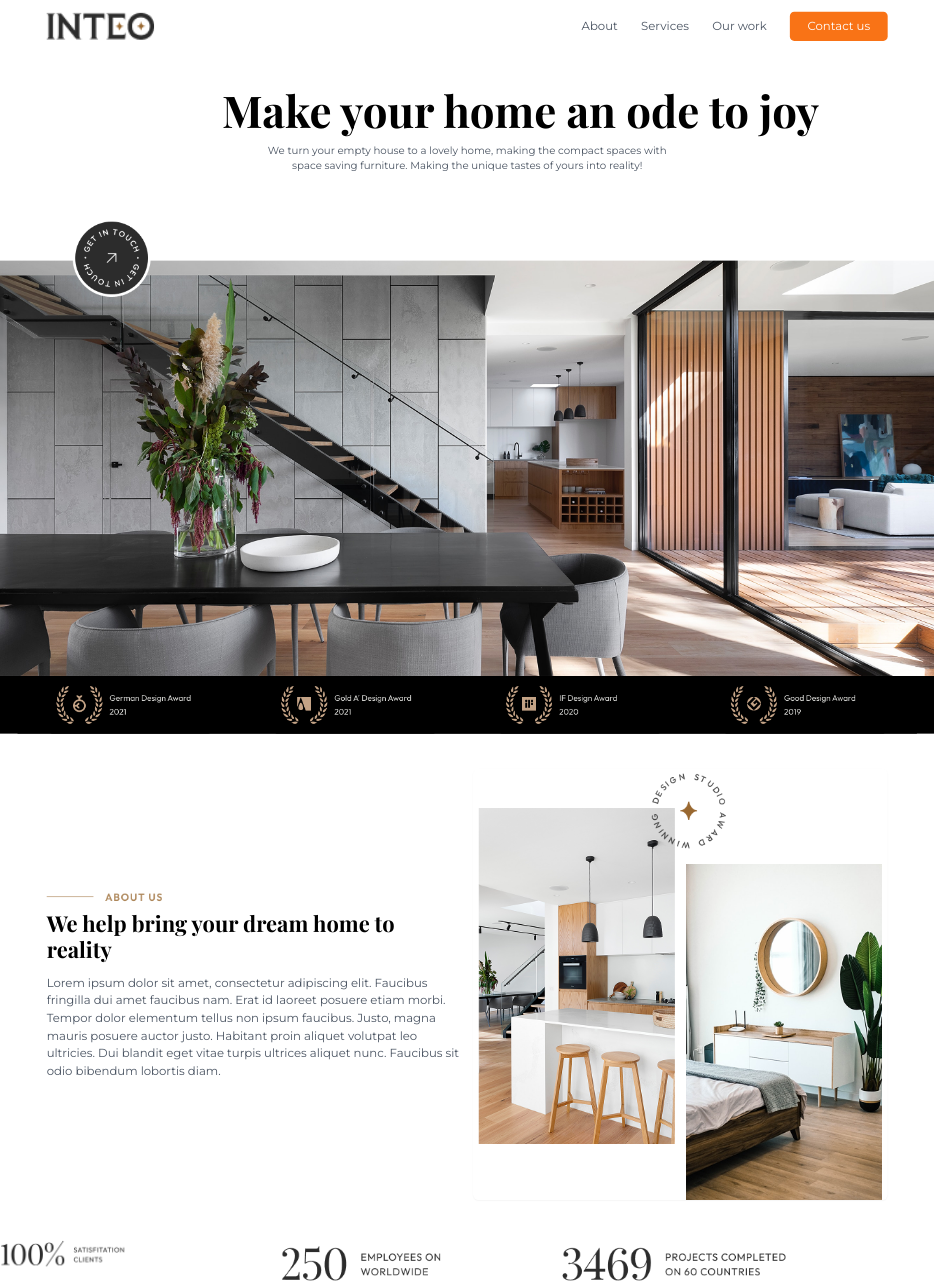
Repository: CatherinneJ/responsive-tailwind-website
Page: tailwind.html
These files come from the project's save history. The page is drawn as it stood at one moment and after the next save; the edit follows.
The browser window is 1280 px wide. The pictures show the whole page, at 73% of full size.
Some web libraries are served in a nearby version.

Above is the page before, as saved 2025-05-21 19:45:29.

After the next save:
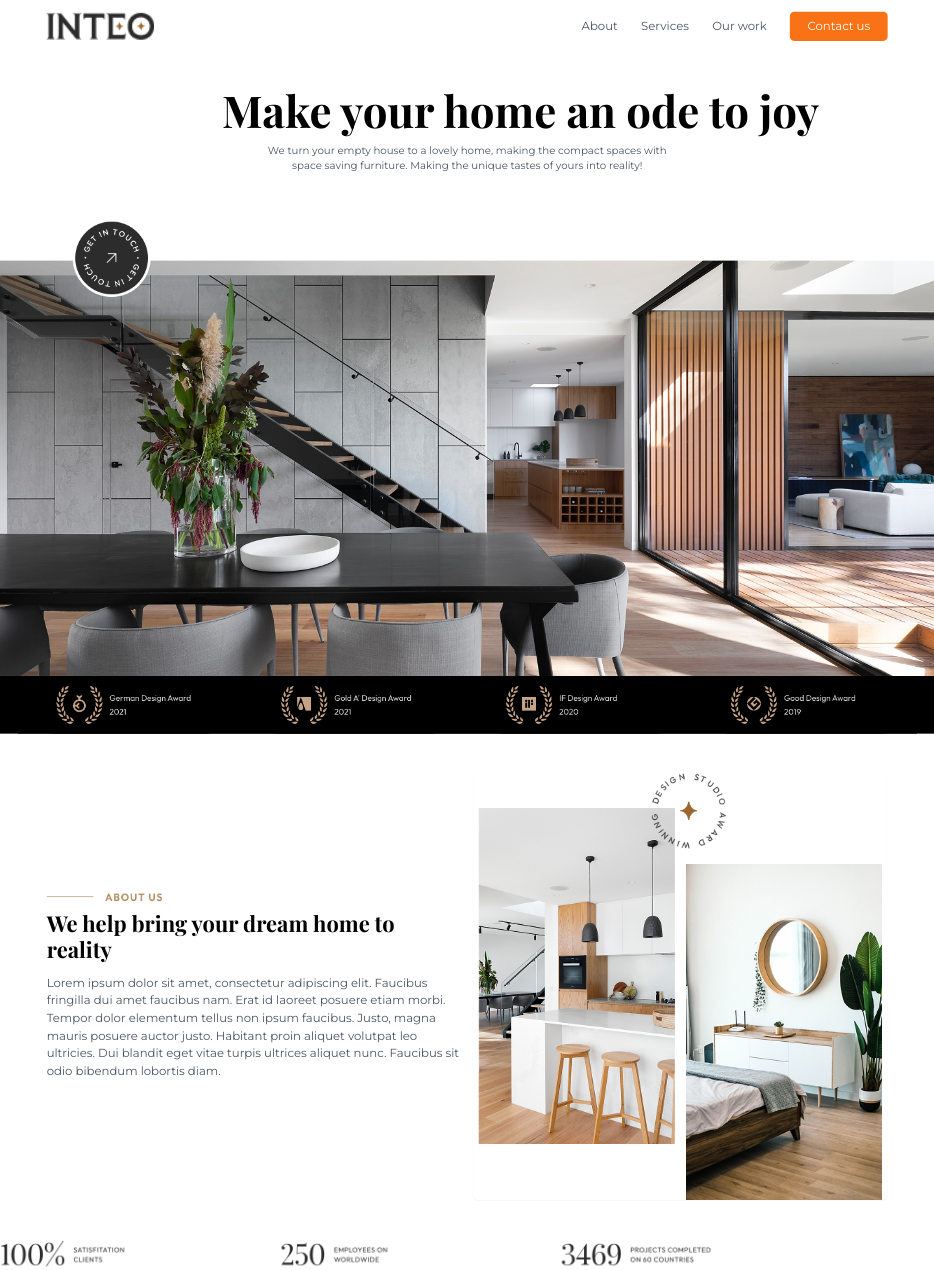
Saved 17 s later.
--- a/tailwind.html
+++ b/tailwind.html
@@ -89,8 +89,8 @@
         <h3>
             <ul class="flex flex-wrap">
                 <li><img src="./Assets/Metric Item.png" class="w-2/3" alt="metric1"></li>
-                <li><img src="./Assets/Metric Item (1).png" alt="metric2"></li>
-                <li><img src="./Assets/Metric Item (2).png" alt="metric3"></li>
+                <li><img src="./Assets/Metric Item (1).png" class="w-2/3" alt="metric2"></li>
+                <li><img src="./Assets/Metric Item (2).png" class="w-2/3" alt="metric3"></li>
             </ul>
         </h3>
     </search>
